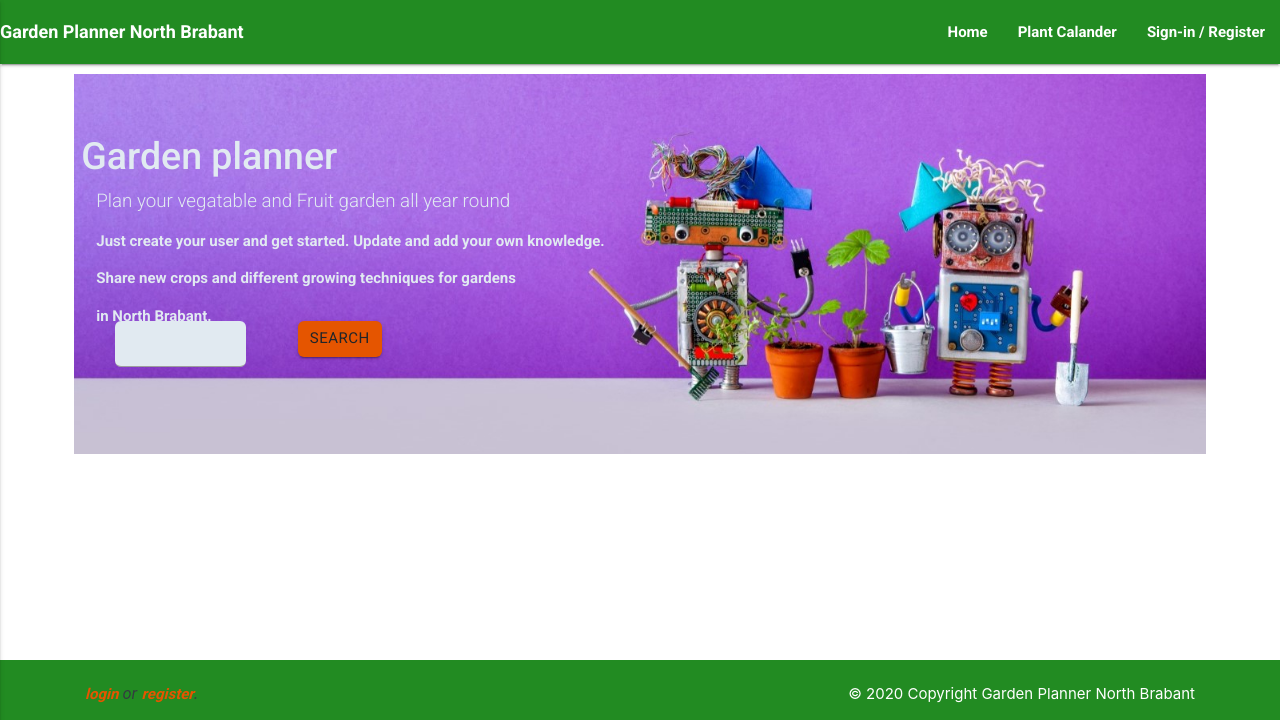
Repository: Lemoenskil/Milestone_project_3_Garden_planner
Page: http://localhost/
The author's editor kept a record of every edit. The page is drawn from the files as they stood at one moment, then again after the next edit.
The browser window is 1280 px wide. The pictures show the whole page.
Some web libraries are served in a nearby version. The page is served by the project's application, run on Flask 3 (app.py). Queries for data that is not in the repository find no rows.

Above is the page before.

After the next edit:
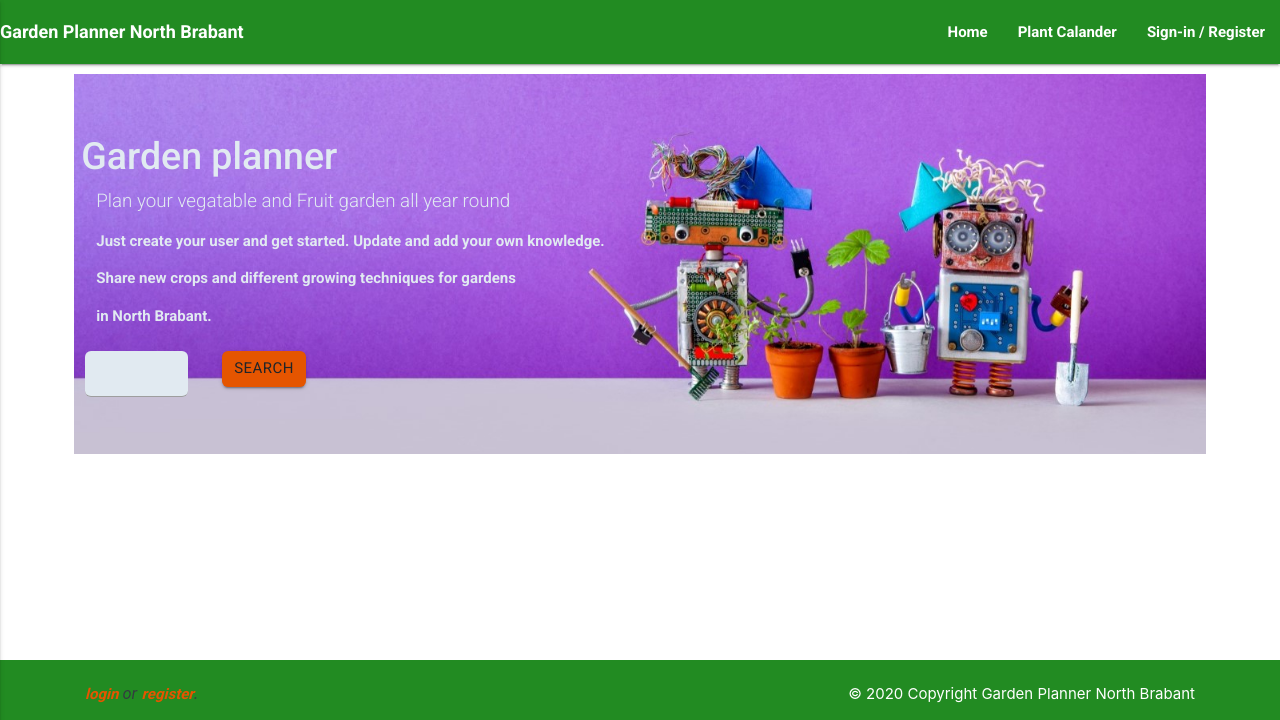
The edit:
--- a/templates/plant_records.html
+++ b/templates/plant_records.html
@@ -12,9 +12,9 @@
     </div>
 
     <div class="row container-fluid inner">
-      <form class="col-lg-6 nopadding" id="search-site" action="{{ url_for('search') }}" ' method='get '>
-        <div class="input-group mt-5 col-8 nopadding">
-          <div class="col-6 float-right nopadding">
+      <form class="col-lg-6 col-md-8 col-12 nopadding" id="search-site" action="{{ url_for('search') }}" ' method='get '>
+        <div class="input-group col-12 col-md-12 col-lg-6 nopadding">
+          <div class="col-lg-6 col-md-6 col-4 float-right nopadding">
           <button type="submit" class="input-group-addon btn search_btn">search</button>
           </div>
           <div class="col-6 float-left nopadding">
